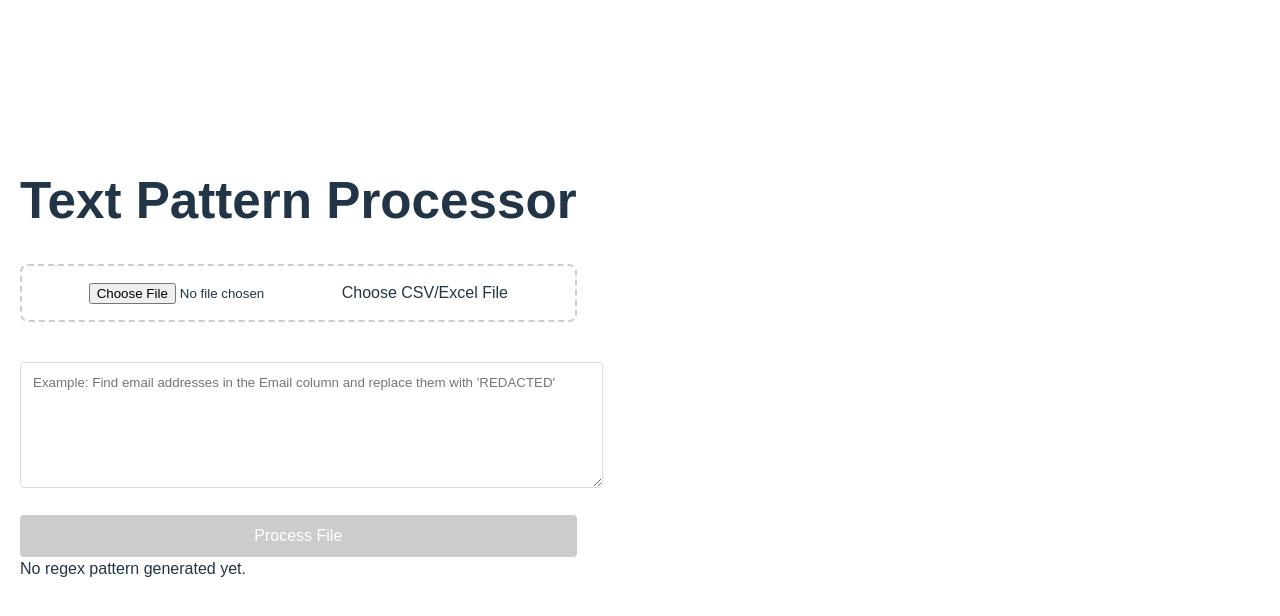
Repository: Rainman4301/techni_assess
Page: / (app in front_end/)
These files come from the project's save history. The page is drawn as it stood at one moment and after the next save; the edit follows.
The browser window is 1280 px wide. The pictures show the whole page.
The project was rebuilt for these pictures with package versions that can differ from the ones it lists, and the page was loaded fresh each time. Also part of the build but not shown: front_end/vite.config.js.

Above is the page before, as saved 2025-02-06 00:58:07.

### front_end/src/App.jsx
import { useState } from 'react'
import axios from 'axios'
// import reactLogo from './assets/react.svg'
// import viteLogo from '/vite.svg'
import './App.css'




function App() {
  const [file, setFile] = useState(null);
  const [userInput, setUserInput] = useState('');
  const [processedData, setProcessedData] = useState(null);
  const [isProcessing, setIsProcessing] = useState(false);
  const [regexPattern, setRegexPattern] = useState('');

  const handleProcess = async (e) => {
    e.preventDefault();
    setIsProcessing(true);

    try {
      const formData = new FormData();
      formData.append('file', file);
      formData.append('user_input', userInput);

      const response = await axios.post('http://localhost:8000', formData, {
        headers: {
          'Content-Type': 'multipart/form-data',
          'Accept': 'application/json',
        }
      });

      console.log('Regex Pattern:', regexPattern);  // Check if regexPattern is populated
      setRegexPattern(response.data.regex_pattern);
      setProcessedData(response.data.processed_data);

    }
    catch (error) {
      console.error('Processing error:', error);
      alert('Error processing file: ' + (error.response?.data?.error || error.message));
    }
    finally {
      setIsProcessing(false);
    }
  };



  return (
    <div className="container">
      <h1>Text Pattern Processor</h1>

      {/* File Upload */}
      <div className="upload-section">
        <label className="file-input-label">
          <input
            type="file"
            accept=".csv,.xlsx,.xls"
            onChange={(e) => setFile(e.target.files[0])}
          />
          {file ? file.name : "Choose CSV/Excel File"}
        </label>
      </div>

      {/* Combined Input */}
      <div className="input-section">
        <textarea
          value={userInput}
          onChange={(e) => setUserInput(e.target.value)}
          placeholder="Example: Find email addresses in the Email column and replace them with 'REDACTED'"
          rows="3"
        />
      </div>

      {/* Process Button */}
      <button
        onClick={handleProcess}
        disabled={!file || !userInput || isProcessing}
        className="process-button"
      >
        {isProcessing ? 'Processing...' : 'Process File'}
      </button>

      {/* Display Regex Pattern */}
      {regexPattern ? (
        <div className="regex-section">
          <h2>Regex Pattern</h2>
          <pre>{regexPattern}</pre>
        </div>
      ) : (
        <div>No regex pattern generated yet.</div>  // Fallback message
      )}


      {/* Results Display */}
      {processedData && (
        <div className="results-section">
          <h2>Processed Results</h2>
          <div className="results-table">
            <table>
              <thead>
                <tr>
                  {Object.keys(processedData[0]).map((header) => (
                    <th key={header}>{header}</th>
                  ))}
                </tr>
              </thead>
              <tbody>
                {processedData.map((row, index) => (
                  <tr key={index}>
                    {Object.values(row).map((value, cellIndex) => (
                      <td key={cellIndex}>{value}</td>
                    ))}
                  </tr>
                ))}
              </tbody>
            </table>
          </div>
        </div>
      )}
    </div>
  );
}

export default App;

### front_end/src/App.css
.container {
  max-width: 800px;
  margin: 2rem auto;
  padding: 20px;
  font-family: Arial, sans-serif;
}

.upload-section {
  margin: 20px 0;
}

.file-input-label {
  display: block;
  padding: 15px;
  border: 2px dashed #ccc;
  border-radius: 8px;
  text-align: center;
  cursor: pointer;
}

.file-input-label:hover {
  border-color: #007bff;
}

.input-section textarea {
  width: 100%;
  padding: 12px;
  border: 1px solid #ddd;
  border-radius: 4px;
  resize: vertical;
  min-height: 100px;
  margin: 20px 0;
  font-family: inherit;
}

.process-button {
  background: #007bff;
  color: white;
  padding: 12px 24px;
  border: none;
  border-radius: 4px;
  cursor: pointer;
  width: 100%;
  font-size: 16px;
}

.process-button:disabled {
  background: #cccccc;
  cursor: not-allowed;
}

.results-section {
  margin-top: 30px;
}

.results-table {
  overflow-x: auto;
}

table {
  width: 100%;
  border-collapse: collapse;
  margin-top: 15px;
}

th, td {
  padding: 12px;
  text-align: left;
  border-bottom: 1px solid #ddd;
}

th {
  background-color: #f8f9fa;
}

Loaded but not shown: front_end/index.html (common file); front_end/src/main.jsx (common file); front_end/src/index.css (common file)

After the next save:
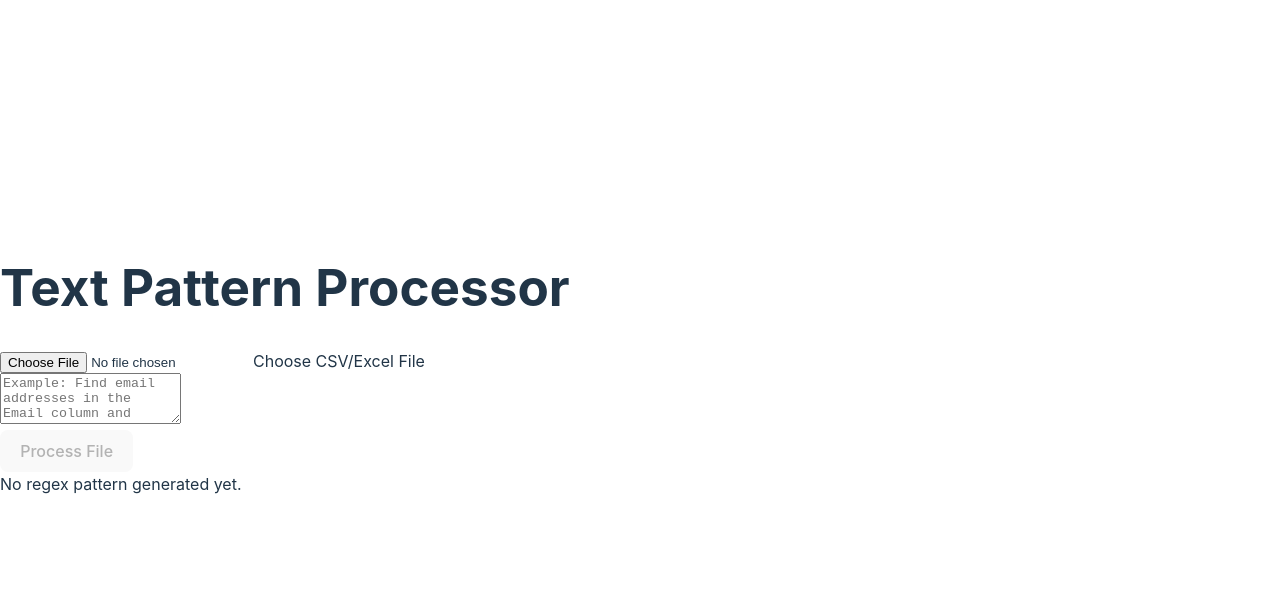
Saved 2 min 30 s later.
--- a/front_end/src/App.css
+++ b/front_end/src/App.css
@@ -1,74 +1,75 @@
-.container {
-  max-width: 800px;
-  margin: 2rem auto;
-  padding: 20px;
-  font-family: Arial, sans-serif;
+return (
+    <div className="container">
+      <h1>Text Pattern Processor</h1>
+
+      {/* File Upload */}
+      <div className="upload-section">
+        <label className="file-input-label">
+          <input
+            type="file"
+            accept=".csv,.xlsx,.xls"
+            onChange={(e) => setFile(e.target.files[0])}
+          />
+          {file ? file.name : "Choose CSV/Excel File"}
+        </label>
+      </div>
+
+      {/* Combined Input */}
+      <div className="input-section">
+        <textarea
+          value={userInput}
+          onChange={(e) => setUserInput(e.target.value)}
+          placeholder="Example: Find email addresses in the Email column and replace them with 'REDACTED'"
+          rows="3"
+        />
+      </div>
+
+      {/* Process Button */}
+      <button
+        onClick={handleProcess}
+        disabled={!file || !userInput || isProcessing}
+        className="process-button"
+      >
+        {isProcessing ? 'Processing...' : 'Process File'}
+      </button>
+
+      {/* Display Regex Pattern */}
+      {regexPattern ? (
+        <div className="regex-section">
+          <h2>Regex Pattern</h2>
+          <pre>{regexPattern}</pre>
+        </div>
+      ) : (
+        <div>No regex pattern generated yet.</div>  // Fallback message
+      )}
+
+
+      {/* Results Display */}
+      {processedData && (
+        <div className="results-section">
+          <h2>Processed Results</h2>
+          <div className="results-table">
+            <table>
+              <thead>
+                <tr>
+                  {Object.keys(processedData[0]).map((header) => (
+                    <th key={header}>{header}</th>
+                  ))}
+                </tr>
+              </thead>
+              <tbody>
+                {processedData.map((row, index) => (
+                  <tr key={index}>
+                    {Object.values(row).map((value, cellIndex) => (
+                      <td key={cellIndex}>{value}</td>
+                    ))}
+                  </tr>
+                ))}
+              </tbody>
+            </table>
+          </div>
+        </div>
+      )}
+    </div>
+  );
 }
-
-.upload-section {
-  margin: 20px 0;
-}
-
-.file-input-label {
-  display: block;
-  padding: 15px;
-  border: 2px dashed #ccc;
-  border-radius: 8px;
-  text-align: center;
-  cursor: pointer;
-}
-
-.file-input-label:hover {
-  border-color: #007bff;
-}
-
-.input-section textarea {
-  width: 100%;
-  padding: 12px;
-  border: 1px solid #ddd;
-  border-radius: 4px;
-  resize: vertical;
-  min-height: 100px;
-  margin: 20px 0;
-  font-family: inherit;
-}
-
-.process-button {
-  background: #007bff;
-  color: white;
-  padding: 12px 24px;
-  border: none;
-  border-radius: 4px;
-  cursor: pointer;
-  width: 100%;
-  font-size: 16px;
-}
-
-.process-button:disabled {
-  background: #cccccc;
-  cursor: not-allowed;
-}
-
-.results-section {
-  margin-top: 30px;
-}
-
-.results-table {
-  overflow-x: auto;
-}
-
-table {
-  width: 100%;
-  border-collapse: collapse;
-  margin-top: 15px;
-}
-
-th, td {
-  padding: 12px;
-  text-align: left;
-  border-bottom: 1px solid #ddd;
-}
-
-th {
-  background-color: #f8f9fa;
-}
